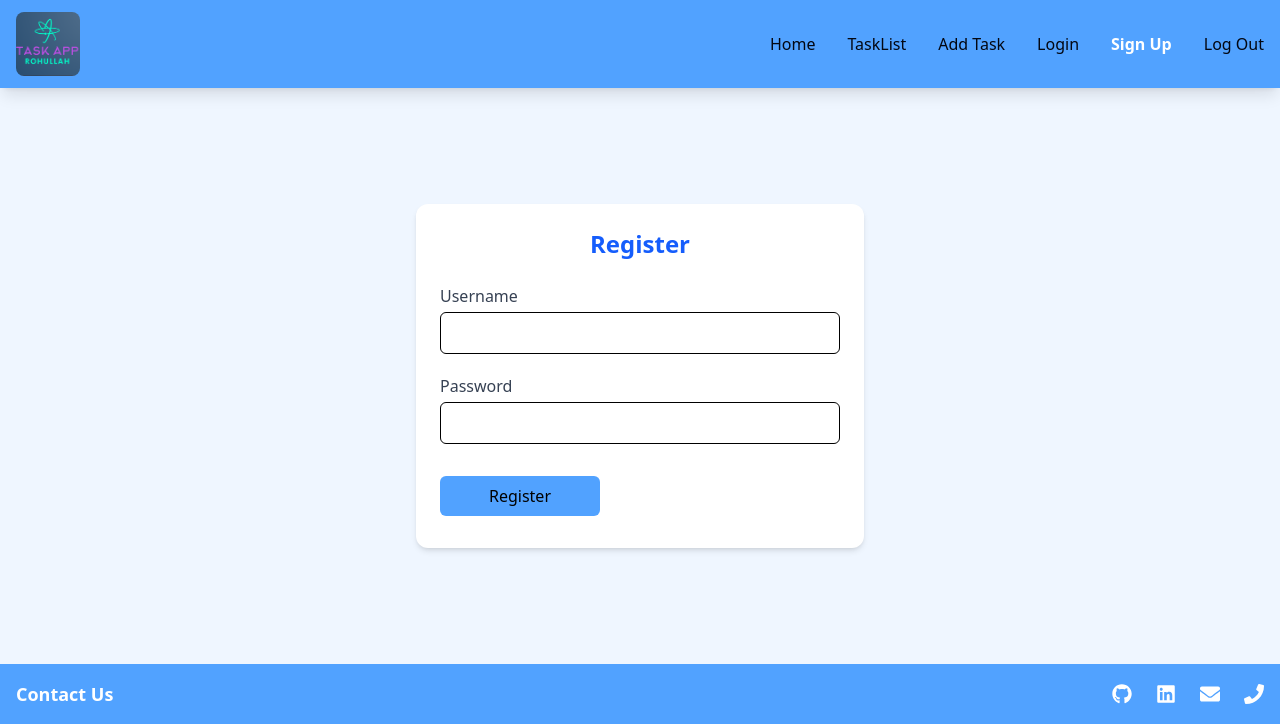
Repository: Rohullah-Noori/TaskApp
Page: /signup
An editor plug-in stored every save of this project. The page is shown before and after the next save, followed by the edit.
The browser window is 1280 px wide. The pictures show the whole page.
The project was rebuilt for these pictures with package versions that can differ from the ones it lists, and the page was loaded fresh each time. Also part of the build but not shown: vite.config.js, src/components/PrivateRoute.jsx, src/components/Loader.jsx, src/pages/Landing.jsx, src/pages/Home.jsx, src/pages/Login.jsx, src/pages/Addtask.jsx, src/pages/Edittask.jsx and 2 more.

Above is the page before, as saved 2025-06-23 10:40:47.

### src/index.css
@import "tailwindcss";

.input {
  @apply border-3 border-blue-200 focus:outline-blue-500 w-full rounded-md p-1;
}

.containerForm {
  @apply flex items-center justify-center  p-10 h-[90%] bg-blue-100 flex-grow overflow-y-auto;
}
.parentContainerForm {
  @apply max-w-md bg-white p-8 rounded-lg shadow-lg w-[90%];
}

.heading {
  @apply text-xl sm:text-2xl md:text-3xl font-bold mb-6 text-gray-800 text-center p-1 md:p-4;
}

.taskContainer {
  @apply bg-blue-100 lg:h-full min-h-107 justify-center flex;
}
.taskinnerContainer {
  @apply mt-10 text-center h-[90%]  shadow-lg bg-amber-50  rounded-xl p-10  max-w-md w-full;
}

.btndesign {
  @apply mt-3 cursor-pointer rounded-md py-2 mb-2 w-[50%] text-wrap sm:w-40 bg-blue-400  hover:bg-blue-500 hover:text-white;
}

### src/App.jsx
import { TasksProvider } from "./components/TaskContext";
import { BrowserRouter as Router, Routes, Route } from "react-router-dom";
import PrivateRoute from "./components/PrivateRoute";
import { AuthProvider } from "./components/PrivateContext";
import Landing from "./pages/Landing";
import Home from "./pages/Home";
import Login from "./pages/Login";
import Signup from "./pages/Signup";
import Addtask from "./pages/Addtask";
import Edittask from "./pages/Edittask";
import Errorpage from "./pages/Errorpage";
import Logout from "./pages/Logout";

function App() {
  return (
    <>
      <Router>
        <AuthProvider>
          <TasksProvider>
            <Routes>
              <Route path="/" element={<PrivateRoute />}>
                <Route index element={<Landing />} />
                <Route path="/addtask" element={<Addtask />} />
                <Route path="/home" element={<Home />} />
                <Route path="/edit-task/:taskId" element={<Edittask />} />
              </Route>

              <Route path="/login" element={<Login />} />

              <Route path="/signup" element={<Signup />} />
              <Route path="/logout" element={<Logout />} />

              <Route path="/*" element={<Errorpage />} />
            </Routes>
          </TasksProvider>
        </AuthProvider>
      </Router>
    </>
  );
}

export default App;

### src/components/TaskContext.jsx
import { createContext, useContext, useState } from "react";

const TaskContext = createContext();
export const TasksProvider = ({ children }) => {
  const [tasks, setTasks] = useState([]);
  const [loading, setIsloading] = useState(false);
  const addtask = (newtask) => {
    setTasks((prevtask) => [...prevtask, newtask]);
  };

  const updateTask = (taskId, taskdata) => {
    setTasks((prevtask) =>
      prevtask.map((task) =>
        task.id === Number(taskId)
          ? {
              ...task,
              title: taskdata.title,
              startTime: taskdata.startTime,
              endTime: taskdata.endTime,
            }
          : task
      )
    );
  };

  return (
    <TaskContext.Provider
      value={{
        tasks,
        addtask,
        setTasks,
        loading,
        setIsloading,
        updateTask,
      }}
    >
      {children}
    </TaskContext.Provider>
  );
};

export const useTasks = () => useContext(TaskContext);

### src/components/PrivateContext.jsx
import { createContext, useContext, useEffect, useState } from "react";
import { useNavigate } from "react-router-dom";

const AuthContext = createContext();
export const AuthProvider = ({ children }) => {
  const [islogin, setIslogin] = useState(() => {
    return localStorage.getItem("islogin") === "true" ? true : false;
  });
  const navigate = useNavigate();

  useEffect(
    function () {
      localStorage.setItem("islogin", JSON.stringify(islogin));
    },

    [islogin]
  );

  const login = () => {
    setIslogin(true);
    navigate("/");
  };

  const logout = () => {
    setIslogin(false);
    navigate("/login");
  };

  return (
    <AuthContext.Provider value={{ login, logout, islogin }}>
      {children}
    </AuthContext.Provider>
  );
};

export const useAuth = () => useContext(AuthContext);

### src/pages/Signup.jsx
import { useNavigate } from "react-router-dom";
import Button from "../components/Button";
import Navbar from "../components/Navbar";
import { useForm } from "react-hook-form";
import { useState } from "react";
import Loader from "../components/Loader";
import Footer from "../components/Footer";

function Signup() {
  const [loading, setIsloading] = useState(false);
  const navigate = useNavigate();

  const {
    register,
    handleSubmit,
    formState: { errors },
  } = useForm();

  const onSubmit = () => {
    setIsloading(true);
    setTimeout(() => {
      navigate("/login");
      setIsloading(false);
    }, 1000);
  };

  return (
    <>
      <Navbar />
      <main className="min-h-[80vh] flex justify-center items-center bg-blue-50 px-4">
        <div className="w-full max-w-md bg-white rounded-xl shadow-md p-6">
          <h2 className="text-2xl font-bold text-center text-blue-600 mb-6">
            Register
          </h2>

          {loading && <Loader />}

          <form onSubmit={handleSubmit(onSubmit)} className="space-y-5">
            {/* Username */}
            <div>
              <label
                htmlFor="username"
                className="block text-gray-700 font-medium mb-1"
              >
                Username
              </label>
              <input
                id="username"
                type="text"
                className="w-full px-4 py-2 border rounded-md focus:outline-none focus:ring-2 focus:ring-blue-400"
                {...register("username", {
                  required: "Username is required",
                })}
              />
              {errors.username && (
                <p className="text-sm text-red-500 mt-1">
                  {errors.username.message}
                </p>
              )}
            </div>

            {/* Password */}
            <div>
              <label
                htmlFor="password"
                className="block text-gray-700 font-medium mb-1"
              >
                Password
              </label>
              <input
                id="password"
                type="password"
                className="w-full px-4 py-2 border rounded-md focus:outline-none focus:ring-2 focus:ring-blue-400"
                {...register("password", {
                  required: "Password is required",
                  minLength: {
                    value: 4,
                    message: "Minimum 4 characters required",
                  },
                })}
              />
              {errors.password && (
                <p className="text-sm text-red-500 mt-1">
                  {errors.password.message}
                </p>
              )}
            </div>

            {/* Submit */}
            <Button type="submit" className="w-full">
              Register
            </Button>
          </form>
        </div>
      </main>
      <Footer />
    </>
  );
}

export default Signup;

### src/components/Button.jsx
function Button({ children, onClick, disabled }) {
  return (
    <button onClick={onClick} disabled={disabled} className="btndesign">
      {children}
    </button>
  );
}

export default Button;

### src/components/Navbar.jsx
import { Link, useLocation } from "react-router-dom";
import { useState } from "react";

const navItems = [
  { path: "/", label: "Home" },
  { path: "/home", label: "TaskList" },
  { path: "/addtask", label: "Add Task" },

  { path: "/login", label: "Login" },
  { path: "/signup", label: "Sign Up" },
  { path: "/logout", label: "Log Out" },
];

function Navbar() {
  const location = useLocation();
  const [open, setOpen] = useState(false);

  const toggleMenu = () => setOpen(!open);

  return (
    <nav className="bg-blue-400 shadow-lg sticky top-0 z-50">
      <div className="flex items-center justify-between px-4 py-3">
        <div className="w-16 h-16">
          <img
            src="../src/assets/logo/Capture.PNG"
            alt="Logo"
            className="rounded-lg object-cover w-full h-full"
          />
        </div>

        <div className="lg:hidden">
          <button
            onClick={toggleMenu}
            className="text-white focus:outline-none"
          >
            <svg
              xmlns="http://www.w3.org/2000/svg"
              className="w-6 h-6"
              fill="none"
              viewBox="0 0 24 24"
              stroke="currentColor"
            >
              <path
                strokeLinecap="round"
                strokeLinejoin="round"
                strokeWidth="2"
                d="M4 6h16M4 12h16M4 18h16"
              />
            </svg>
          </button>
        </div>

        <ul className="hidden lg:flex space-x-8">
          {navItems.map((item) => (
            <li key={item.path}>
              <Link
                to={item.path}
                className={`transition duration-200 hover:text-amber-50 ${
                  location.pathname === item.path
                    ? "text-white font-bold"
                    : "text-gray-950"
                }`}
              >
                {item.label}
              </Link>
            </li>
          ))}
        </ul>
      </div>

      {open && (
        <div className="lg:hidden px-4 pb-4">
          <ul className="flex flex-col space-y-3 bg-blue-400 rounded-md py-2 px-3">
            {navItems.map((item) => (
              <li key={item.path}>
                <Link
                  to={item.path}
                  onClick={() => setOpen(false)}
                  className={`block w-full transition duration-200 hover:text-amber-50 ${
                    location.pathname === item.path
                      ? "text-white font-bold"
                      : "text-gray-950"
                  }`}
                >
                  {item.label}
                </Link>
              </li>
            ))}
          </ul>
        </div>
      )}
    </nav>
  );
}

export default Navbar;

### src/components/Footer.jsx
import { FaGithub, FaLinkedin, FaEnvelope, FaPhone } from "react-icons/fa";

function Footer() {
  return (
    <footer className="bg-blue-400 text-white py-4 w-full">
      <div className="container mx-auto px-4 flex flex-col md:flex-row items-center justify-between space-y-4 md:space-y-0">
        <h1 className="text-lg font-semibold">Contact Us</h1>

        <div className="flex items-center space-x-6 text-xl">
          <a
            href="https://github.com/Rohullah-Noori"
            target="_blank"
            rel="noopener noreferrer"
            className="hover:text-gray-300 transition"
          >
            <FaGithub />
          </a>
          <a
            href="https://linkedin.com"
            target="_blank"
            rel="noopener noreferrer"
            className="hover:text-gray-300 transition"
          >
            <FaLinkedin />
          </a>
          <a
            href="mailto:rohullah313noori313@gmail.com"
            className="hover:text-gray-300 transition"
          >
            <FaEnvelope />
          </a>
          <a href="tel:+93731142295" className="hover:text-gray-300 transition">
            <FaPhone />
          </a>
        </div>
      </div>
    </footer>
  );
}

export default Footer;

Loaded but not shown: index.html (common file); src/main.jsx (common file)

After the next save:
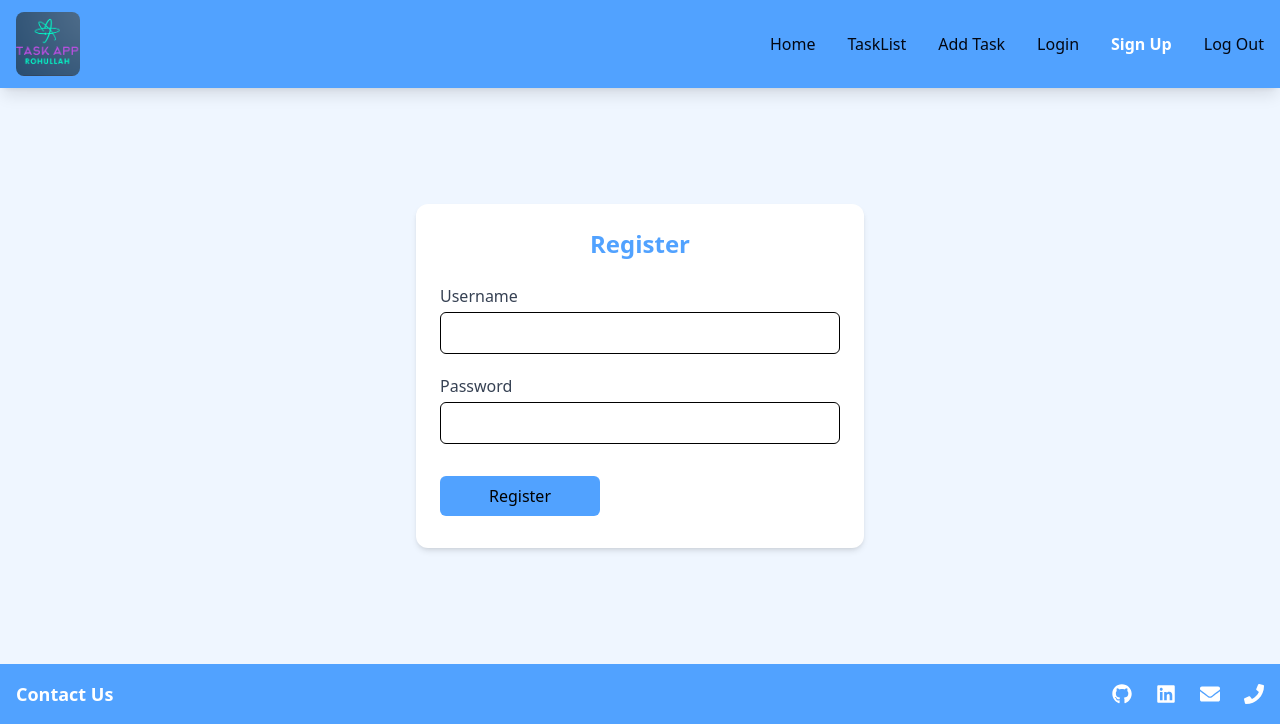
Saved 5 min 26 s later.
--- a/src/pages/Signup.jsx
+++ b/src/pages/Signup.jsx
@@ -29,14 +29,13 @@ function Signup() {
       <Navbar />
       <main className="min-h-[80vh] flex justify-center items-center bg-blue-50 px-4">
         <div className="w-full max-w-md bg-white rounded-xl shadow-md p-6">
-          <h2 className="text-2xl font-bold text-center text-blue-600 mb-6">
+          <h2 className="text-2xl font-bold text-center text-blue-400 mb-6">
             Register
           </h2>
 
           {loading && <Loader />}
 
           <form onSubmit={handleSubmit(onSubmit)} className="space-y-5">
-            {/* Username */}
             <div>
               <label
                 htmlFor="username"
@@ -59,7 +58,6 @@ function Signup() {
               )}
             </div>
 
-            {/* Password */}
             <div>
               <label
                 htmlFor="password"
